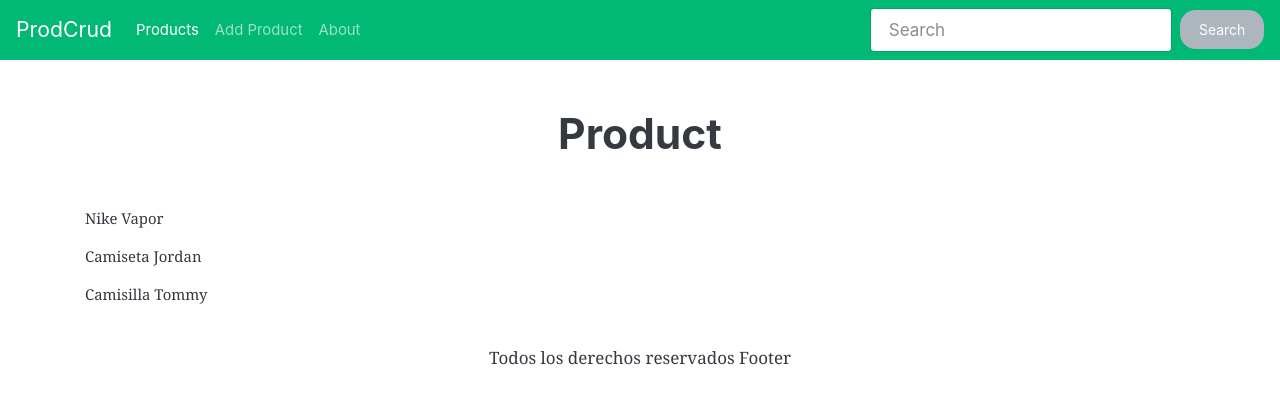
Repository: harrycampaz/router-reactjs
Page: /products
The author's editor kept a copy of each file at every save. The page is drawn from the files as they stood at one save, then again after the next save.
The browser window is 1280 px wide. The pictures show the whole page.
The project was rebuilt for these pictures with package versions that can differ from the ones it lists, and the page was loaded fresh each time. Requests to the local data server were answered from the project's data file. Also part of the build but not shown: src/components/Product/AddProduct.js, src/components/Product/EditProduct.js.

Above is the page before, as saved 2020-01-24 22:02:32.

After the next save:
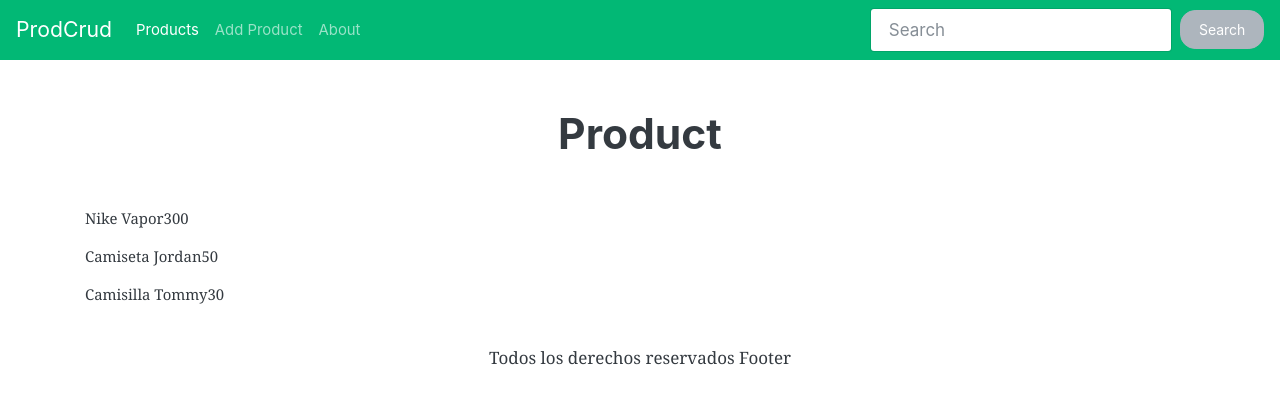
Saved 19 s later.
--- a/db.json
+++ b/db.json
@@ -3,19 +3,19 @@
         {
             "id": 1,
             "name": "Nike Vapor",
-            "precio": "300",
+            "price": "300",
             "description": "Tenis muy comodas"
         },
         {
             "id": 2,
             "name": "Camiseta Jordan",
-            "precio": "50",
+            "price": "50",
             "description": "Camiseta tipo buso"
         },
         {
             "id": 3,
             "name": "Camisilla Tommy",
-            "precio": "30",
+            "price": "30",
             "description": "Camisilla de tela fria"
         }
     ]

After the save that followed:
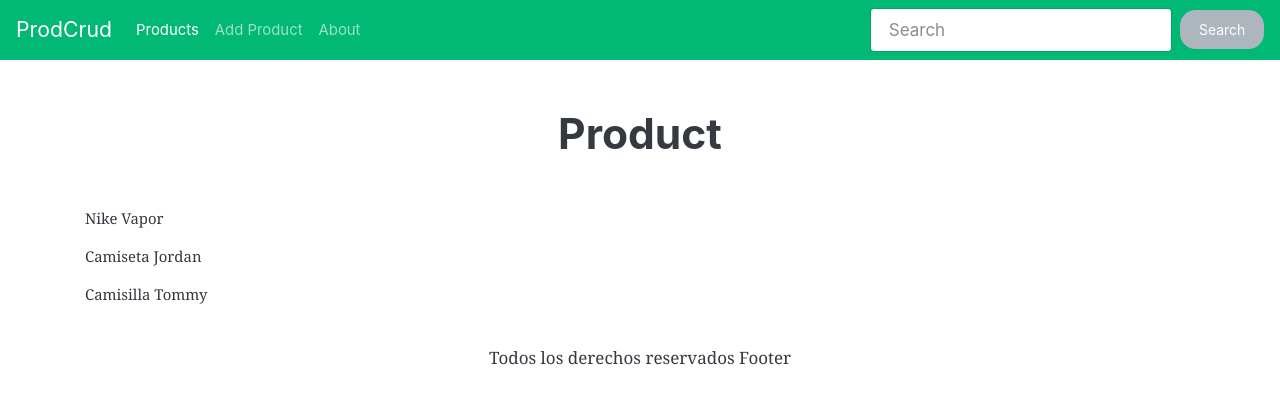
Saved 17 s later.
--- a/db.json
+++ b/db.json
@@ -3,19 +3,19 @@
         {
             "id": 1,
             "name": "Nike Vapor",
-            "price": "300",
+            "precio": "300",
             "description": "Tenis muy comodas"
         },
         {
             "id": 2,
             "name": "Camiseta Jordan",
-            "price": "50",
+            "precio": "50",
             "description": "Camiseta tipo buso"
         },
         {
             "id": 3,
             "name": "Camisilla Tommy",
-            "price": "30",
+            "precio": "30",
             "description": "Camisilla de tela fria"
         }
     ]
